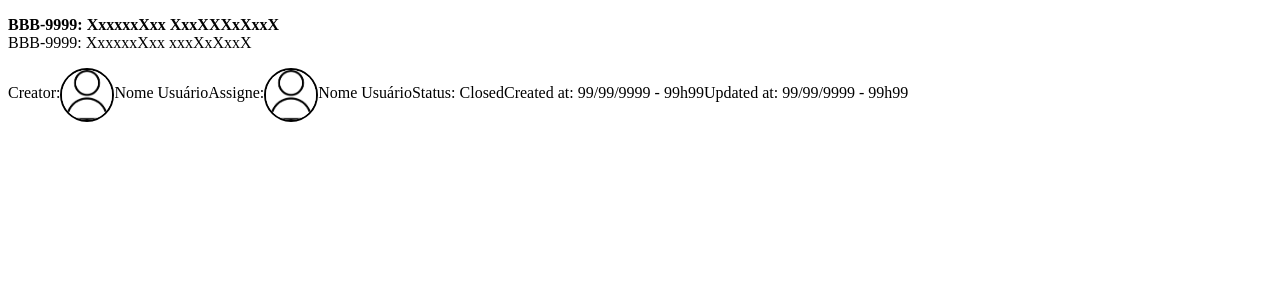
Repository: AnaBerlanda/PaginaFer
Page: index.html
The author's editor kept a copy of each file at every save. The page is drawn from the files as they stood at one save, then again after the next save.
The browser window is 1280 px wide. The pictures show the whole page.

Above is the page before, as saved 2022-05-20 15:49:50.

### index.html
<!DOCTYPE html>
<html lang="en">
<head>
    <meta charset="UTF-8">
    <meta http-equiv="X-UA-Compatible" content="IE=edge">
    <meta name="viewport" content="width=device-width, initial-scale=1.0">
    <link type="text/css" rel="stylesheet" href="index.css">
    <title>Release</title>
</head>
<body>
    <p>
        <strong>BBB-9999: XxxxxxXxx XxxXXXxXxxX</strong><br>
        BBB-9999: XxxxxxXxx xxxXxXxxX
    </p>
    <div class="container">
        <div class="textos">
        <p class="sub-titulos">Creator:</p>
        </div>
        <div class="imagem">
            <img src="imagem/Icone-usuario-Png-1024x1024.png">
        </div>
        <div class="nome-usuario">
            <p>Nome Usuário</p>
        </div>
        <div class="textos">
            <p class="sub-titulos">Assigne:</p>
        </div>
            <div class="imagem">
                <img src="imagem/Icone-usuario-Png-1024x1024.png">
            </div>
            <div class="nome-usuario">
                <p>Nome Usuário</p>
            </div>
        <div class="textos">
            <p class="sub-titulos">Status: Closed</p>
        </div>
        <div class="textos">
            <p class="sub-titulos">Created at: 99/99/9999 - 99h99</p>
        </div>
        <div class="textos">
            <p class="sub-titulos">Updated at: 99/99/9999 - 99h99</p>
        </div>


    </div>












</body>
</html>

### index.css
.container{
    display: flex;

}
.imagem img{
    width: 50px;
    height: 50px;
    border-radius: 50%;
    border: 2px solid black;
}

After the next save:
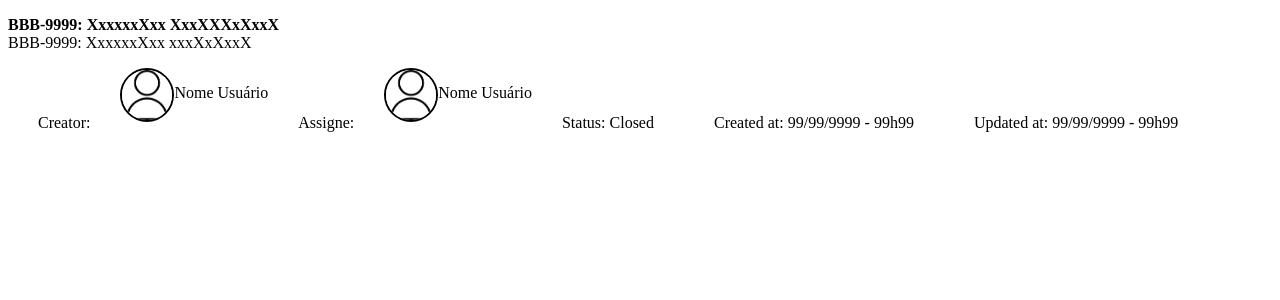
Saved 41 s later.
--- a/index.css
+++ b/index.css
@@ -8,3 +8,6 @@
     border-radius: 50%;
     border: 2px solid black;
 }
+.textos{
+    margin: 30px;
+}
